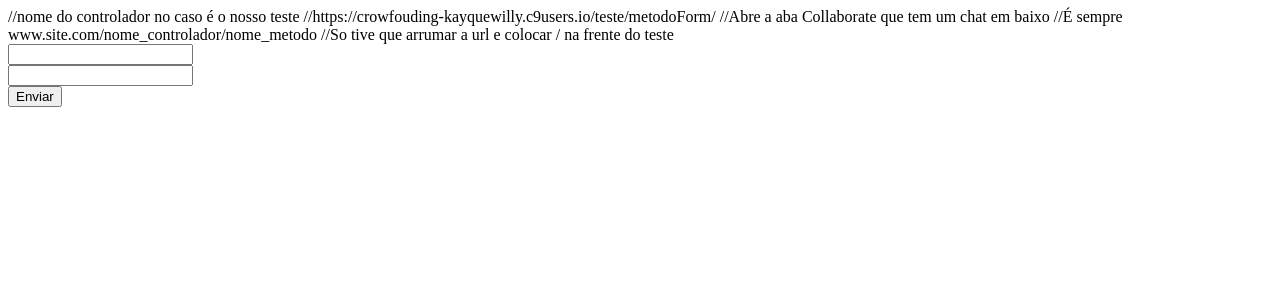
Repository: kayque-willy/COM212-crowdfunding
Page: http://localhost/database/application/views/form.php
The author's editor kept a record of every edit. The page is drawn from the files as they stood at one moment, then again after the next edit.
The browser window is 1280 px wide. The pictures show the whole page.
The page is run by PHP 8.4 with error messages shown; the project is at /var/www/html/.

Above is the page before.

### application/views/form.php
<html>
    <head>
    </head>
    <body>
        //nome do controlador no caso é o nosso teste
        //https://crowfouding-kayquewilly.c9users.io/teste/metodoForm/

        //Abre a aba Collaborate que tem um chat em baixo

        //É sempre www.site.com/nome_controlador/nome_metodo

        //So tive que arrumar a url e colocar / na frente do teste
        <form action="/teste/metodoForm/" method="POST">
            <input type="number" name="codigo"/><br>
            <input type="text" name="nome"/><br>
            <button type="submit" value="Submit">Enviar</button>
        </form>
    </body>
</html>

After the next edit:
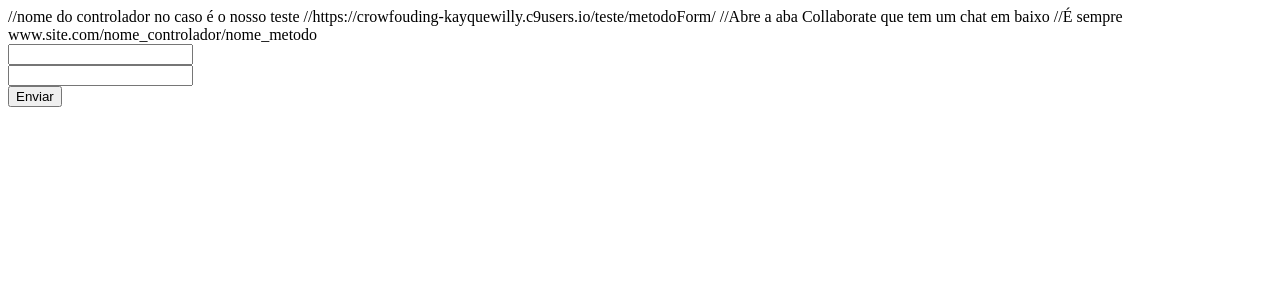
The edit:
--- a/application/views/form.php
+++ b/application/views/form.php
@@ -9,7 +9,7 @@
 
         //É sempre www.site.com/nome_controlador/nome_metodo
 
-        //So tive que arrumar a url e colocar / na frente do teste
+
         <form action="/teste/metodoForm/" method="POST">
             <input type="number" name="codigo"/><br>
             <input type="text" name="nome"/><br>
